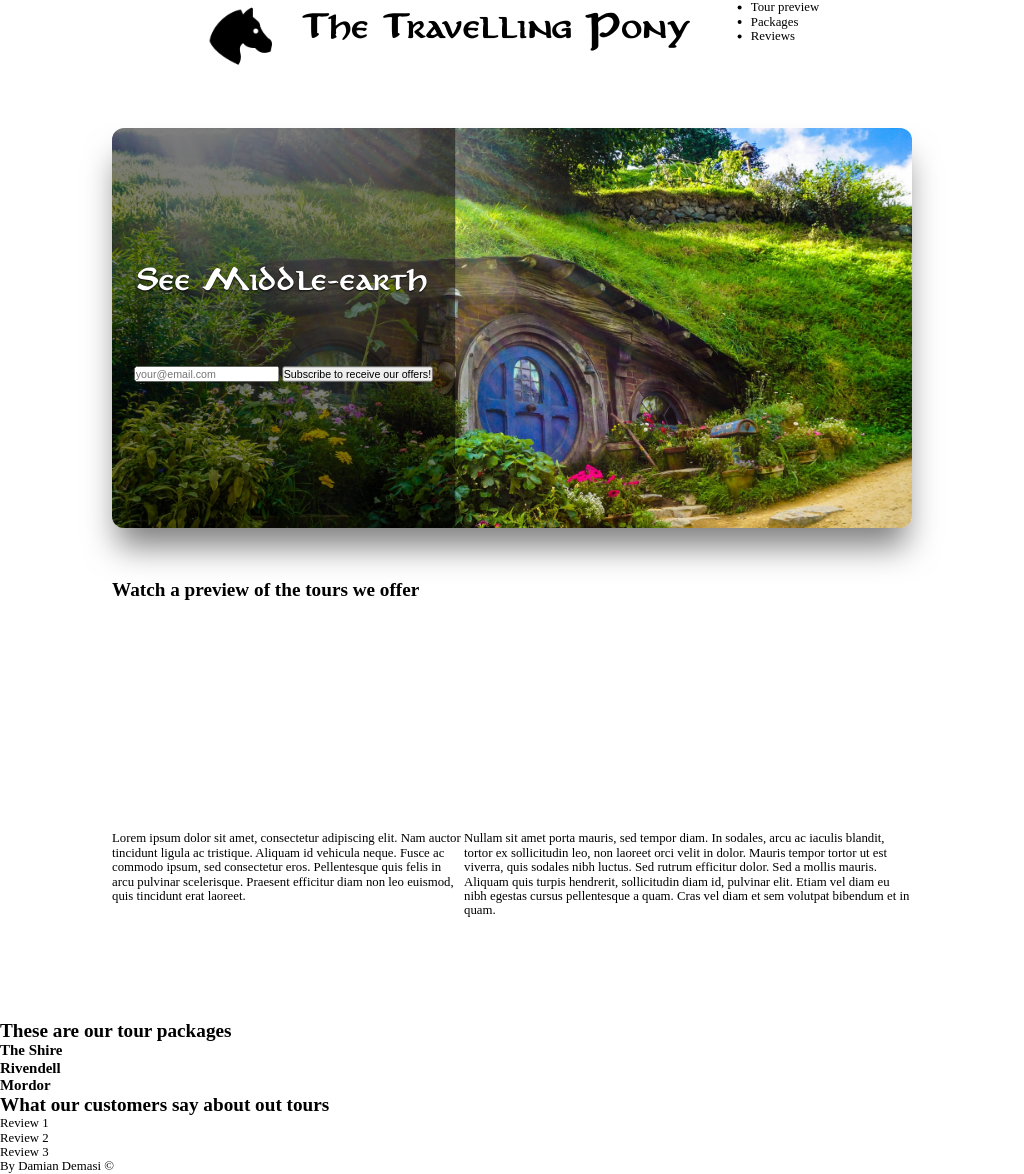
Repository: Colo-Codes/freecodecamp-03-Product-Landing-Page
Page: index.html
These files come from the project's save history. The page is drawn as it stood at one moment and after the next save; the edit follows.
The browser window is 1280 px wide. The pictures show the whole page, at 80% of full size.
Pictures or frames that could not be fetched are drawn as grey boxes.

Above is the page before, as saved 2021-05-20 07:06:51.

### index.html
<!DOCTYPE html>
<html lang="en">

<head>
    <meta charset="UTF-8">
    <meta http-equiv="X-UA-Compatible" content="IE=edge">
    <meta name="viewport" content="width=device-width, initial-scale=1.0">
    <link rel="stylesheet" href="./resources/css/index.css" type="text/css">
    <title>Product Landing Page</title>
</head>

<body>
    <header id="header">
        <img src="./resources/img/pony-logo.png" alt="Pony head logo" id="header-img"> <!-- this should be a logo -->
        <h1>The Travelling Pony</h1>
        <nav id="nav-bar">
            <!-- fixed at top -->
            <!-- at least 3 elements with class "nav-link" -->
            <!-- When I click a .nav-link button in the nav element, I am taken to the corresponding section of the landing page. -->
            <ul>
                <li>Tour preview</li>
                <li>Packages</li>
                <li>Reviews</li>
            </ul>
        </nav>
    </header>

    <section id="subscribe">
        <h2>See Middle-earth</h2>
        <form action="https://www.freecodecamp.com/email-submit" id="form" method="POST">
            <input type="email" id="email" placeholder="your@email.com" required> <!-- validate -->
            <input type="submit" id="submit" value="Subscribe to receive our offers!">
        </form>
    </section>

    <section id="tour-preview">
        <h2>Watch a preview of the tours we offer</h2>
        <iframe width="560" height="315" src="https://www.youtube.com/embed/8oXedDVaK4Q" title="Preview of the tours we offer"
            frameborder="0" allow="accelerometer; autoplay; clipboard-write; encrypted-media; gyroscope; picture-in-picture"
            id="video" allowfullscreen></iframe>
            <p>Lorem ipsum dolor sit amet, consectetur adipiscing elit. Nam auctor tincidunt ligula ac tristique. Aliquam id
                vehicula neque. Fusce ac commodo ipsum, sed consectetur eros. Pellentesque quis felis in arcu pulvinar scelerisque.
                Praesent efficitur diam non leo euismod, quis tincidunt erat laoreet.</p>
            <p>Nullam sit amet porta mauris, sed tempor diam. In sodales, arcu ac iaculis blandit, tortor ex sollicitudin leo, non
                laoreet orci velit in dolor. Mauris tempor tortor ut est viverra, quis sodales nibh luctus. Sed rutrum efficitur
                dolor. Sed a mollis mauris. Aliquam quis turpis hendrerit, sollicitudin diam id, pulvinar elit. Etiam vel diam eu
                nibh egestas cursus pellentesque a quam. Cras vel diam et sem volutpat bibendum et in quam.</p>
    </section>

    <section id="tour-packages">
        <h2>These are our tour packages</h2>
        <div id="the-shire">
            <h3>The Shire</h3>
        </div>
        <div id="rivendell">
            <h3>Rivendell</h3>
        </div>
        <div id="mordor">
            <h3>Mordor</h3>
        </div>
    </section>

    <section id="reviews">
        <h2>What our customers say about out tours</h2>
        <div>
            <p>Review 1</p>
        </div>
        <div>
            <p>Review 2</p>
        </div>
        <div>
            <p>Review 3</p>
        </div>
    </section>

    <footer>
        <p>By Damian Demasi &copy;</p>
    </footer>
</body>

</html>

### resources/css/index.css
/* My product landing page should have at least one media query. */
/* My product landing page should utilize CSS flexbox at least once.  */
@font-face {
    font-family: 'Aniron';
    src: url(../fonts/aniron-font/Aniron-7BaP.ttf);
}

html {
    box-sizing: border-box;
    font-size: 16px;
}
*, *:before, *:after {
    box-sizing: inherit;
	margin: 0;
	padding: 0;
}

/* Header */
header {
    position: fixed; /* on top */
    top: 0; /* on top */
    display: flex;
    width: 100%; /* TODO media query */
    justify-content: center;
    background-color: white;
    flex-flow: wrap;
}
header img {
    margin-left: 20%; /* TODO media query */
}
header h1 {
    font-family: 'Aniron', serif;
    font-size: 2rem;
    margin-left: 2rem;
}
header p {
    order: 1;
}
nav {
    margin-left: auto;
    margin-right: 20%; /* TODO media query */
}
/* Subscribe */
#subscribe {
    display: grid;
    grid-template: 1fr 1fr / .75fr 1fr;
    width: 1000px; /* TODO media query */
    height: 500px; /* TODO media query */
    margin: 10rem auto 0;
    background-image: url(../img/andres-iga-7XKkJVw1d8c-unsplash.jpg);
    background-size: cover;
    background-repeat: no-repeat;
    border-radius: 15px;
    justify-items: center;
    align-items: center;
    box-shadow: rgba(0, 0, 0, 0.5) 0px 30px 40px -7px;
}
#subscribe h2 {
    grid-area: 1/1/2/2;
    background-color: rgba(0,0,0,.5);
    /* background-image: linear-gradient(to bottom, rgba(137, 121, 92,1), rgba(137, 121, 92,.5)); */
    width: 100%;
    height: 100%;
    padding-top: 10rem;
    text-align: center;
    border-radius: 15px 0 0 0;
    font-family: 'Aniron', serif;
    font-size: 1.8rem;
    /* color: #D6D29A; */
    color: white;
    text-shadow: 0 2px 2px black;
}
#subscribe form {
    grid-area: 2/1/3/2;
    background-color: rgba(0,0,0,.5);
    /* background-image: linear-gradient(to top, rgba(137, 121, 92,1), rgba(137, 121, 92,.5)); */
    width: 100%;
    height: 100%;
    padding-top: 3rem;
    text-align: center;
    border-radius: 0 0 0 15px;
}
/* Tour preview */
#tour-preview {
    display: grid;
    grid-template: .25fr .75fr / 2fr 1fr;
    margin: 4rem auto 0;
    width: 1000px; /* TODO media query */

}

After the next save:
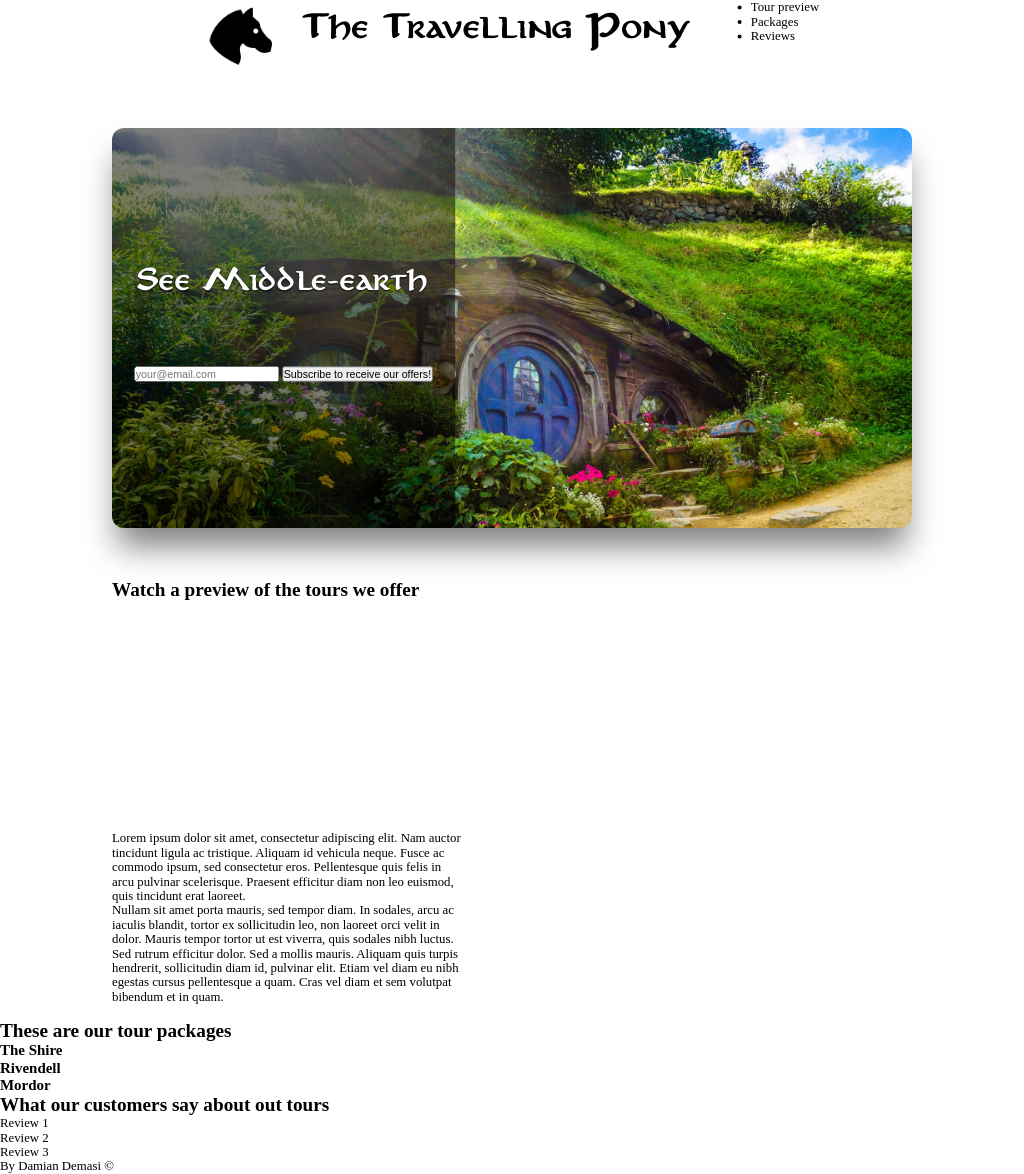
Saved 46 s later.
--- a/index.html
+++ b/index.html
@@ -38,6 +38,7 @@
         <iframe width="560" height="315" src="https://www.youtube.com/embed/8oXedDVaK4Q" title="Preview of the tours we offer"
             frameborder="0" allow="accelerometer; autoplay; clipboard-write; encrypted-media; gyroscope; picture-in-picture"
             id="video" allowfullscreen></iframe>
+        <div id="tour-description">
             <p>Lorem ipsum dolor sit amet, consectetur adipiscing elit. Nam auctor tincidunt ligula ac tristique. Aliquam id
                 vehicula neque. Fusce ac commodo ipsum, sed consectetur eros. Pellentesque quis felis in arcu pulvinar scelerisque.
                 Praesent efficitur diam non leo euismod, quis tincidunt erat laoreet.</p>
@@ -45,6 +46,7 @@
                 laoreet orci velit in dolor. Mauris tempor tortor ut est viverra, quis sodales nibh luctus. Sed rutrum efficitur
                 dolor. Sed a mollis mauris. Aliquam quis turpis hendrerit, sollicitudin diam id, pulvinar elit. Etiam vel diam eu
                 nibh egestas cursus pellentesque a quam. Cras vel diam et sem volutpat bibendum et in quam.</p>
+        </div>
     </section>
 
     <section id="tour-packages">
